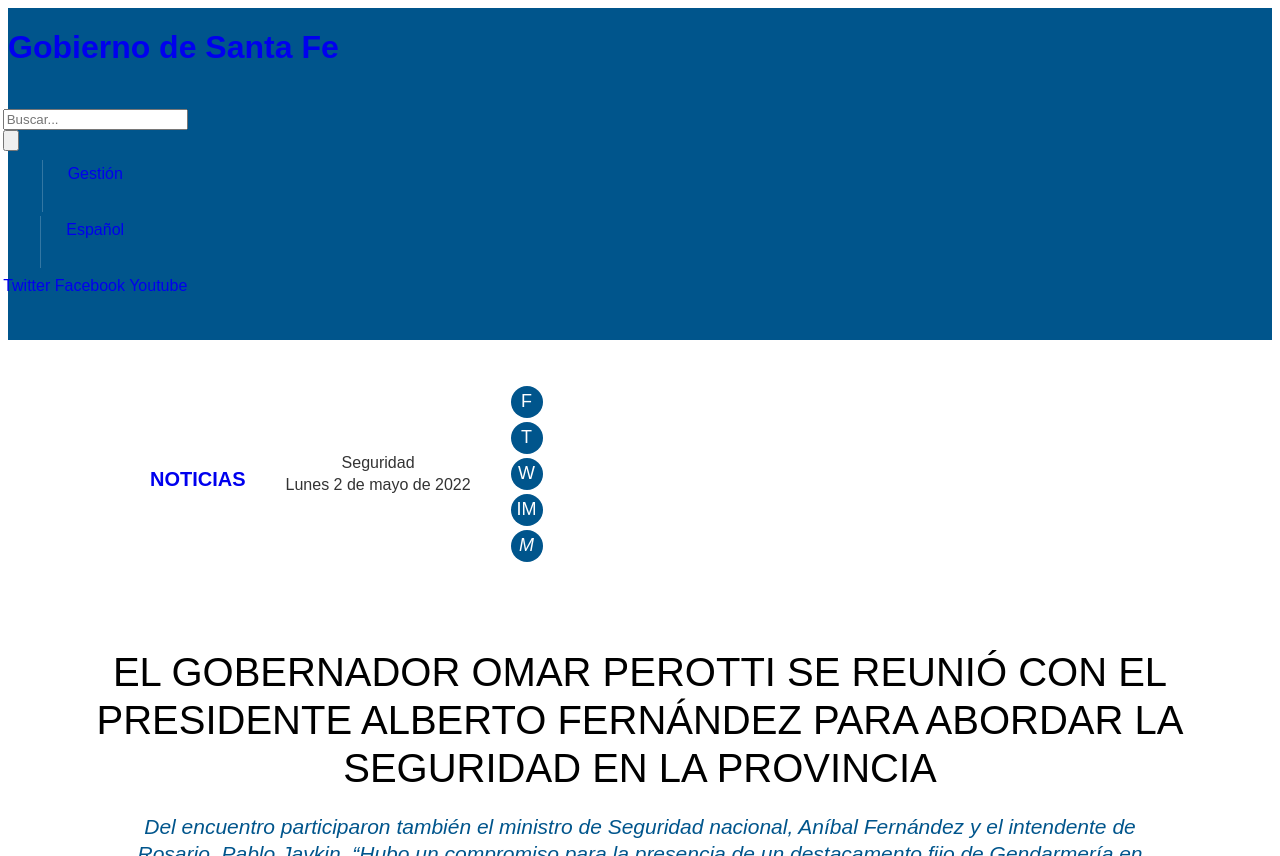
Repository: Larrowo/LPPA
Page: Clase 4/index.html
These files come from the project's save history. The page is drawn as it stood at one moment and after the next save; the edit follows.
The browser window is 1280 px wide. The pictures show the part of the page from y = 0 to 856 px (the page is 2987 px tall before and 2947 px after).
A picture or video elsewhere on the page could not be fetched, so the positions and the page height are approximate.

Above is the page before, as saved 2022-05-03 14:17:37.

After the next save:
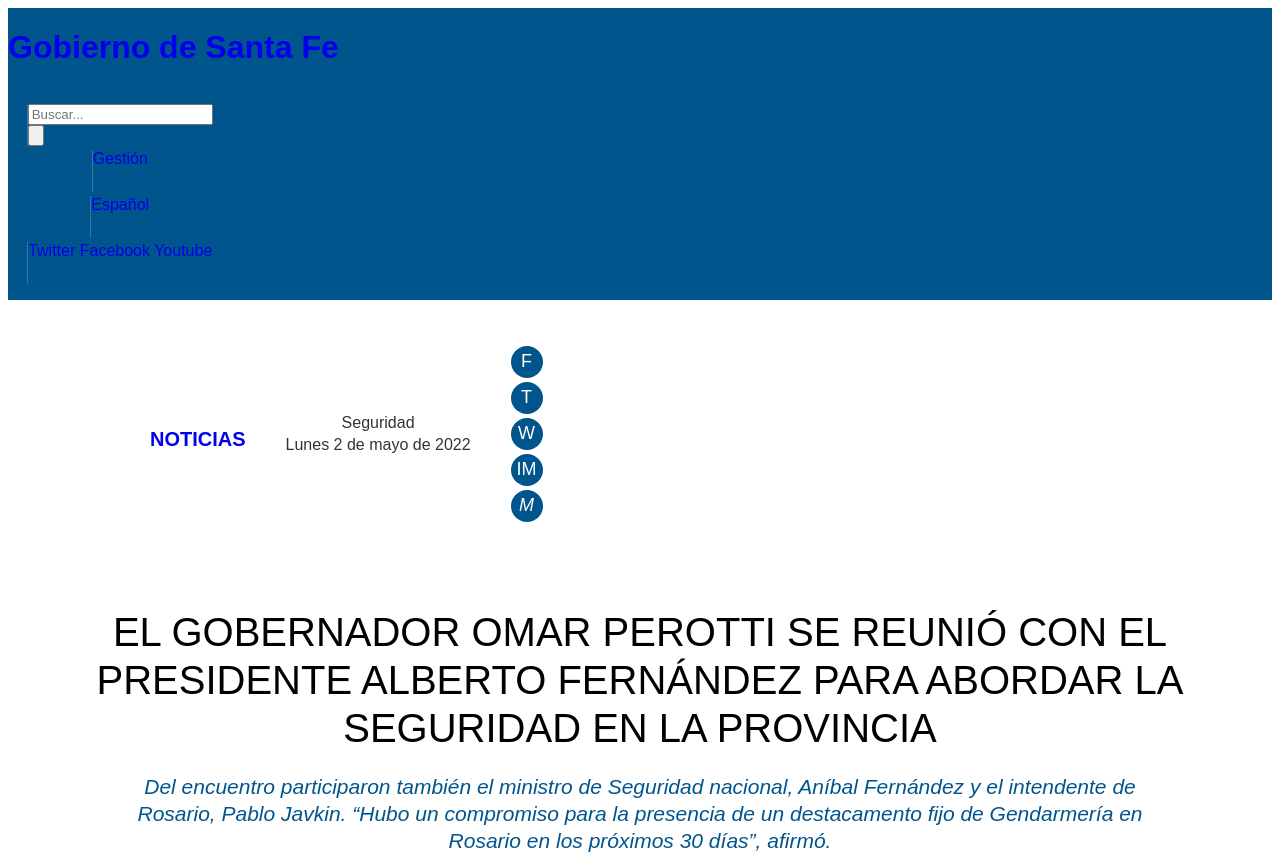
Saved 16 s later.
--- a/Clase 4/style.css
+++ b/Clase 4/style.css
@@ -71,7 +71,7 @@
 }
 
 #site-header .nav-header .menu-header>li {
-    padding: 5px 25px;
+    padding: 5px 25px solid;
     border-left: 1px solid rgba(255, 255, 255, 0.2);
     height: 42px;
 }

After the 3 saves that followed:
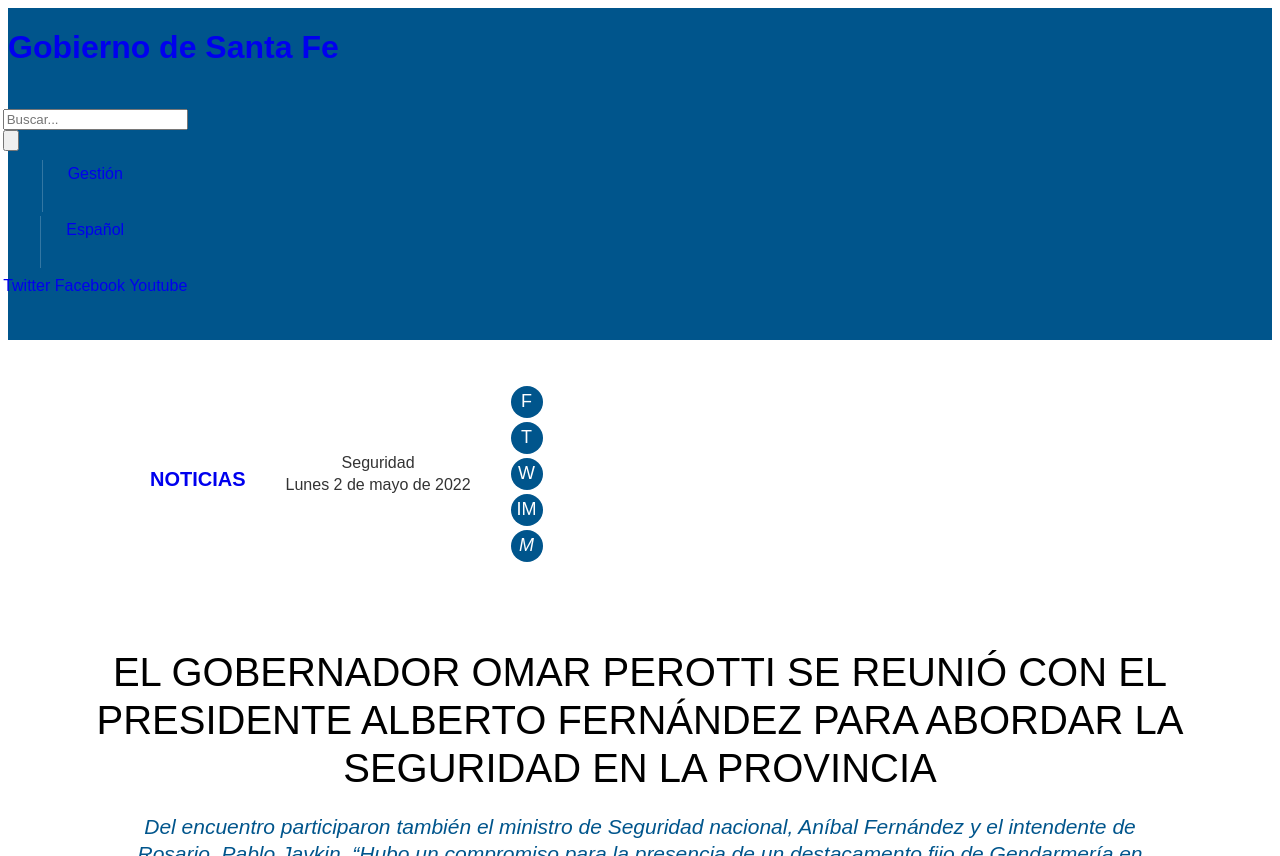
The 3 saves are shown as one change because 2 left the picture as it was.
The last was saved 18 s later.
--- a/Clase 4/style.css
+++ b/Clase 4/style.css
@@ -71,7 +71,7 @@
 }
 
 #site-header .nav-header .menu-header>li {
-    padding: 5px 25px solid;
+    padding: 5px 25px;
     border-left: 1px solid rgba(255, 255, 255, 0.2);
     height: 42px;
 }
